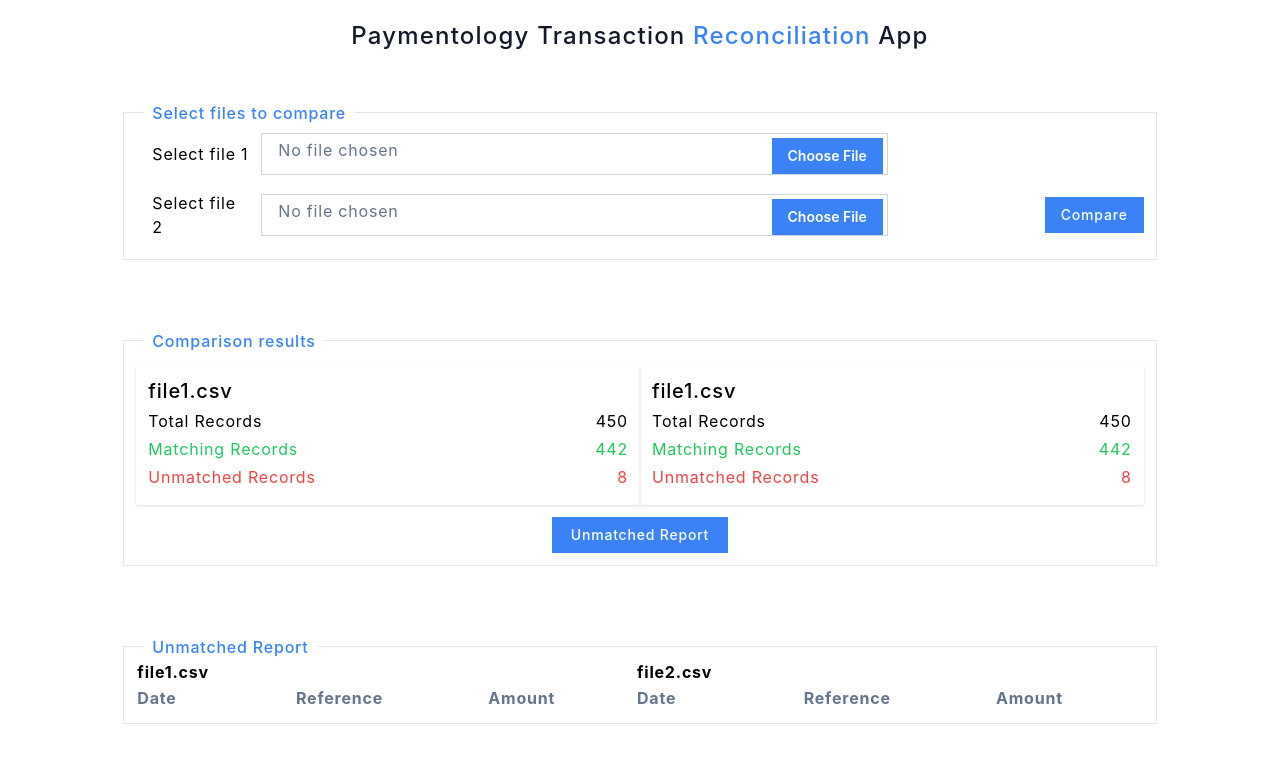
Repository: chionye/paymentology-front
Page: /
An editor plug-in stored every save of this project. The page is shown before and after the next save, followed by the edit.
The browser window is 1280 px wide. The pictures show the whole page.
The project was rebuilt for these pictures with package versions that can differ from the ones it lists, and the page was loaded fresh each time.

Above is the page before, as saved 2022-03-16 19:15:23.

### src/index.css
@tailwind base;
@tailwind components;
@tailwind utilities;

body {
  margin: 0;
  padding:0;
  box-sizing: border-box;
  font-family: -apple-system, BlinkMacSystemFont, 'Segoe UI', 'Roboto', 'Oxygen',
    'Ubuntu', 'Cantarell', 'Fira Sans', 'Droid Sans', 'Helvetica Neue',
    sans-serif;
  -webkit-font-smoothing: antialiased;
  -moz-osx-font-smoothing: grayscale;
}

input[type=file]::file-selector-button {
  float: right;

}
input[type=file]::-ms-browse {
  float: right;
}

input[type=file]::-webkit-file-upload-button {
  float: right;
}

### src/App.js
import CompareFiles from "./components/CompareFiles";
import Results from "./components/Results";
import Report from "./components/Report";
import Title from "./components/Title";

function App() {
  return (
    <>
      <Title />
      <CompareFiles />
      <Results />
      <Report />
    </>

  );
}

export default App;

### src/components/CompareFiles.js
import Button from "./Button";
import Container from "./Container";
import InputFile from "./InputFile";
import Section from "./Section";

const CompareFiles = () => {
    return(
        <Container>
            <Section title={"Select files to compare"}>
                <InputFile file={"Select file 1"} />
                <div className="flex flex-col md:flex-row md:items-center md:justify-between">
                    <InputFile file={"Select file 2"} />
                    <div className="my-3 md:my-0">
                    <Button width={"w-full"} label={"Compare"} />
                    </div>

                </div>
            </Section>
        </Container>

    )
}

export default CompareFiles;

### src/components/Results.js
import Button from "./Button";
import Container from "./Container";
import FileSummary from "./FileSummary";
import Section from "./Section";

const Results = () => {
    return(
        <Container>
            <Section title={"Comparison results"}>
                <div className="flex flex-col md:flex-row md:justify-between md:items-center">
                    <FileSummary />
                    <FileSummary />
                </div>
                <div className="md:flex md:w-44 md:justify-center md:mx-auto">
                        <Button width={"w-full"} label={"Unmatched Report"} />
                </div>
            </Section>
        </Container>
    )
}

export default Results;

### src/components/Report.js
import Container from "./Container";
import Section from "./Section";
import Table from "./Table";

const Report = () => {
    return(
        <Container>
            <Section title={"Unmatched Report"}>
                <Table />
            </Section>
        </Container>
    )
}

export default Report;

### src/components/Title.js
import Container from "./Container"

const Title = () => {
    return(
        <Container>
            <div className="md:w-5/6 mx-auto">
                <h1 className="font-medium tracking-wider text-center  leading-loose text-xl md:text-2xl text-gray-900">Paymentology Transaction <span className="text-blue-500">Reconciliation</span> App</h1>

            </div>
        </Container>
    )
}

export default Title;

### src/components/Button.js
const Button = (props) => {

    return <button className={`${props.width} bg-blue-500 hover:bg-blue-700 py-2 px-4 text-sm text-white font-medium`}>{props.label}</button>
}

export default Button;

### src/components/Container.js
const Container = (props) => {

    return <div className="p-5 mx-auto">{props.children}</div>
}
export default Container;

### src/components/InputFile.js
import Button from "./Button";
const InputFile = (props) => {
    return(
        <div className="flex flex-col md:flex-row w-full md:w-3/4 md:items-center text-sm md:text-base tracking-wider my-2 md:px-4">
            <label className="w-28">{props.file}</label>
            <div className="w-full">
            <input type="file"
                    className="block
                    border border-1 border-gray-300
                    w-full
                    pl-4 pt-1
                    md:mx-3
                    appearance-none
                    text-slate-500
                    file:py-2
                    file:px-4
                    file:border-0
                    file:text-sm
                    file:font-semibold
                    file:bg-blue-500
                    hover:file:bg-blue-700
                    file:text-white
                "/>
            </div>

        </div>
    )
}

export default InputFile;

### src/components/Section.js

const Section = (props) => {
    return(
        <div className="relative md:w-5/6  h-auto p-3 border border-1 border-gray mx-auto my-5 tracking-wider">
            <div className="absolute font-medium -top-3 left-1 md:left-5 bg-white  text-blue-500 px-2">{props.title}</div>
            {props.children}
        </div>
    )
}

export default Section;

### src/components/FileSummary.js
const FileSummary = () => {
    return(
        <div className="shadow text-sm md:text-base p-3 my-3 w-full md:w-1/2  max-w-lg tracking-wider ">
            <div className="font-medium text-xl">file1.csv</div>
            <div className="flex flex-row justify-between my-1">
                <span>Total Records</span>
                <span>450</span>
            </div>
            <div className="flex flex-row justify-between my-1 text-green-500">
                <span>Matching Records</span>
                <span>442</span>
            </div>
            <div className="flex flex-row justify-between my-1 text-red-500">
                <span>Unmatched Records</span>
                <span>8</span>
            </div>
        </div>
    )
}

export default FileSummary;

### src/components/Table.js
const Table = () => {
    return(
        <div className="w-full overflow-scroll">
            <table className="w-full border-collapse border-slate-500">
            <thead>
                <tr className="text-left">
                    <th>file1.csv</th>
                    <th></th>
                    <th></th>
                    <th>file2.csv</th>
                    <th></th>
                    <th></th>
                </tr>
                <tr className="text-left text-slate-500">
                    <th>Date</th>
                    <th>Reference</th>
                    <th>Amount</th>
                    <th>Date</th>
                    <th>Reference</th>
                    <th>Amount</th>
                </tr>
            </thead>
            <tbody></tbody>
        </table>
        </div>

    )
}

export default Table;

Loaded but not shown: public/index.html (common file); src/index.js (common file); src/reportWebVitals.js (common file); tailwind.config.js (common file)

After the next save:
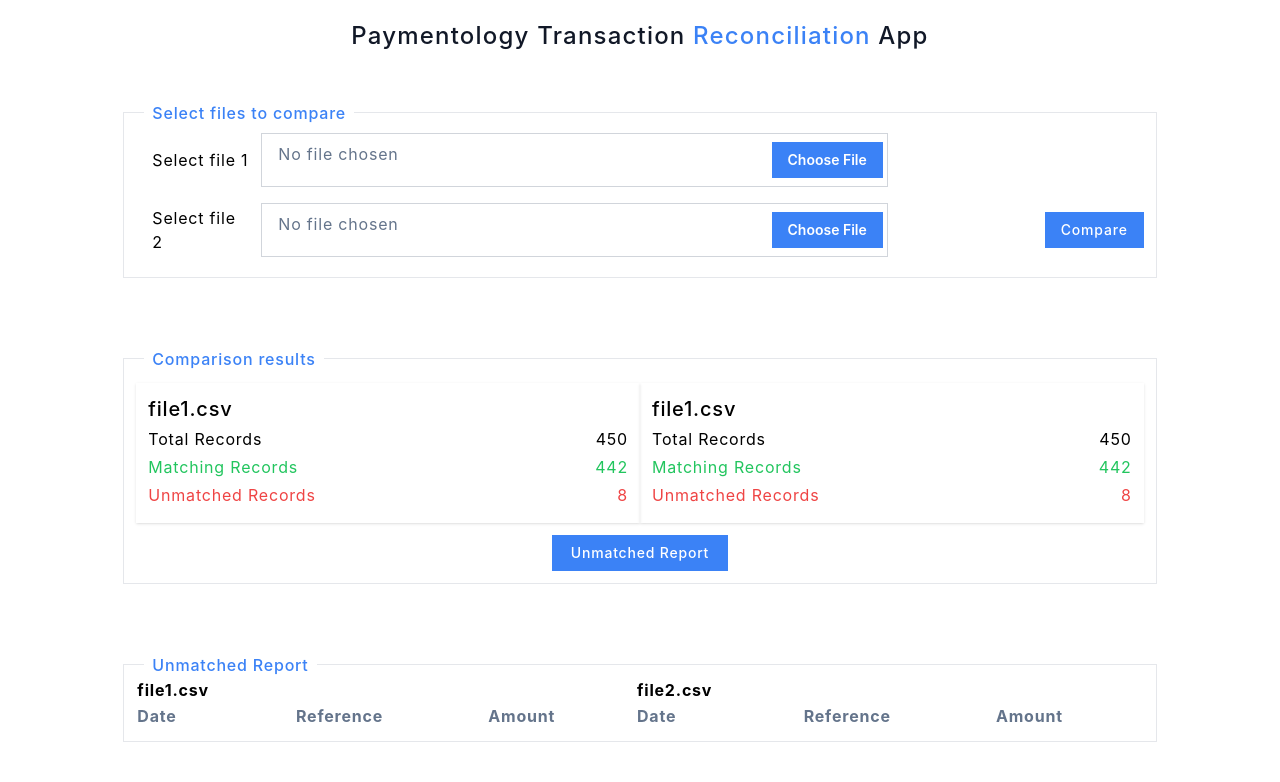
Saved 19 s later.
--- a/src/components/InputFile.js
+++ b/src/components/InputFile.js
@@ -8,7 +8,7 @@ const InputFile = (props) => {
                     className="block
                     border border-1 border-gray-300
                     w-full
-                    pl-4 pt-1
+                    pl-4 py-2
                     md:mx-3
                     appearance-none
                     text-slate-500
